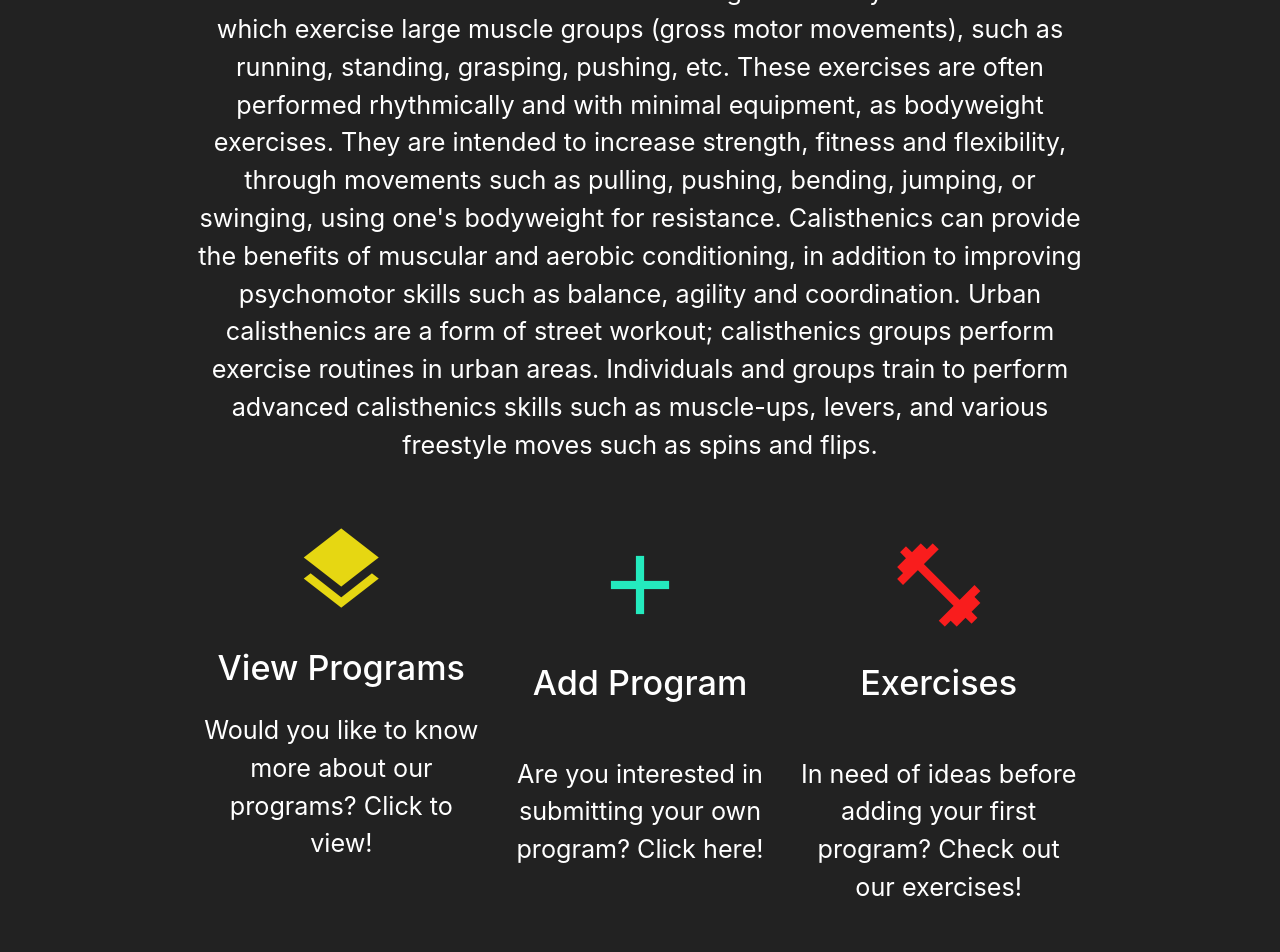
Repository: Ario124/calisthenics-project
Page: http://localhost/
The author's editor kept a record of every edit. The page is drawn from the files as they stood at one moment, then again after the next edit.
The browser window is 1280 px wide. The pictures show the part of the page from y = 940 to 1892 px (the page is 1892 px tall).
The page is served by the project's application, run on Flask 3 (app.py).

Above is the page before.

### templates/index.html
{% extends 'base.html' %} {% block content %}

<div class="video-container">
    <iframe src="///www.youtube.com/embed/FHBtLAvNGo4?start=14&end=103&controls=0&showinfo=0&rel=0&autoplay=1&loop=1&playlist=FHBtLAvNGo4&mute=1" frameborder="0" allowfullscreen></iframe>
</div>


<div class="container">
    <div class="col s12 center">
        <h1 class="center expert_title">What is Calisthenics?</h1>

        <p class="flow-text">
            Calisthenics is a form of exercise consisting of a variety of movements which exercise large muscle groups (gross motor movements), such as running, standing, grasping, pushing, etc. These exercises are often performed rhythmically and with minimal equipment,
            as bodyweight exercises.<span class="hide-on-med-and-down"> They are intended to increase strength, fitness and flexibility, through
                                    movements such as pulling, pushing, bending, jumping, or swinging, using one's bodyweight for resistance. Calisthenics can provide
                                    the benefits of muscular and aerobic conditioning, in addition to improving psychomotor skills such as balance, agility and coordination.

                                    Urban calisthenics are a form of street workout; calisthenics groups perform exercise routines in urban areas.
                                    Individuals and groups train to perform advanced calisthenics skills such as muscle-ups, levers, and various freestyle moves such as spins and flips.</span>

        </p>

        <ul class="hide-on-large-only collapsible">
            <li>
                <div class="collapsible-header"><i class="material-icons">info_outline</i>Read More</div>
                <div class="collapsible-body flow-text"><span>They are intended to increase strength, fitness and flexibility, through
                                    movements such as pulling, pushing, bending, jumping, or swinging, using one's bodyweight for resistance. Calisthenics can provide
                                    the benefits of muscular and aerobic conditioning, in addition to improving psychomotor skills such as balance, agility and coordination.

                                    Urban calisthenics are a form of street workout; calisthenics groups perform exercise routines in urban areas.
                                    Individuals and groups train to perform advanced calisthenics skills such as muscle-ups, levers, and various freestyle moves such as spins and flips.</span></div>
            </li>
        </ul>
    </div>
    <div class="center-align row">

        <div class="col s4">
            <a href="{{url_for('get_programs')}}"><i class="material-icons icon-size icon-color">layers</i></a>
            <h4><strong>View Programs</strong></h4>
            <p class="flow-text">Would you like to know more about our programs? Click to view!</p>
        </div>
        <div class="col s4">
            <div class="section">
            <a href="{{url_for('add_program')}}"> <i class="material-icons icon-size icon-color2">add</i></a>
            <h4><strong>Add Program</strong></h4></div>
            <p class="flow-text">Are you interested in submitting your own program? Click here!</p>
        </div>
        <div class="col s4">
                <div class="section">
            <a href="{{url_for('exercises')}}"> <i class="material-icons icon-size icon-exercises">fitness_center</i></a>
            <h4><strong>Exercises</strong></h4></div>
            <p class="flow-text">In need of ideas before adding your first program? Check out our exercises!</p>
        </div>

    </div>
</div>

{% endblock %}

### templates/base.html
<!DOCTYPE html>
<html lang="en">
<head>
    <meta charset="UTF-8">
    <meta name="viewport" content="width=device-width, initial-scale=1">
    <link href="https://fonts.googleapis.com/icon?family=Material+Icons" rel="stylesheet">
    <link rel="stylesheet" href="https://cdnjs.cloudflare.com/ajax/libs/materialize/1.0.0/css/materialize.min.css">
    <link rel="stylesheet" href="{{url_for('static', filename="css/main.css")}}" type="text/css" />

    <title>Calisthenics Project</title>
    <link rel="icon" href="https://d1ujqdpfgkvqfi.cloudfront.net/favicon-generator/htdocs/favicons/2019-09-19/50f3ab5b7a10e0ae0911c83435938cd6.ico.png">

</head>
<body>
    <header>

        <div class="navbar-fixed">
            <nav>
                <div class="nav-wrapper">
                    <a href="{{url_for('home')}}" class="brand-logo center"><i class="material-icons hoomee">home</i>Calisthenics</a>
                    <a href="#" data-target="mobile-demo" class="sidenav-trigger"><i class="material-icons">menu</i></a>
                    <ul class="right hide-on-med-and-down">
                        <li><a href="{{url_for('get_programs')}}">View Programs</a></li>
                        <li><a href="{{url_for('add_program')}}">Add Program</a></li>
                        <li><a href="{{url_for('exercises')}}">Exercises</a></li>
                        <li><a href="{{url_for('contact')}}">Contact Us</a></li>
                    </ul>
                </div>
            </nav>

            <ul class="sidenav" id="mobile-demo">
                <li><a class="sidenav-close" href="#!"><i class="material-icons">menu</i>Close</a></li>
                <li><a href="{{url_for('get_programs')}}">View Programs</a></li>
                <li><a href="{{url_for('add_program')}}">Add Program</a></li>
                <li><a href="{{url_for('exercises')}}">Exercises</a></li>
                <li><a href="{{url_for('contact')}}">Contact Us</a></li>
            </ul>
        </div>

    </header>
    {% block content %} {% endblock %}

    <script src="https://cdnjs.cloudflare.com/ajax/libs/jquery/3.4.1/jquery.min.js"></script>
    <script src="https://cdnjs.cloudflare.com/ajax/libs/materialize/1.0.0/js/materialize.min.js"></script>
    <script type="text/javascript">
        M.AutoInit()
    </script>

</body>

</html>

### app.py
import os
from flask import Flask, render_template, redirect, request, url_for
from flask_pymongo import PyMongo
from bson.objectid import ObjectId

app = Flask(__name__)


app.config["MONGO_DBNAME"] = 'calisthenics-project'
app.config["MONGO_URI"] = 'mongodb+srv://root:pasol005@myfirstcluster-qno2b.mongodb.net/calisthenics?retryWrites=true&w=majority'


mongo = PyMongo(app)

@app.route('/')
@app.route('/home')
def home():
    return render_template('index.html')

@app.route('/add_program')
def add_program():
    return render_template('add_program.html', categories =mongo.db.categories.find(), difficulty =mongo.db.difficulty.find())


@app.route('/categories')
def categories():
    return render_template('categories.html')

@app.route('/contact')
def contact():
    return render_template('contact.html')

@app.route('/get_programs')
def get_programs():
    return render_template('programs.html',
        training_programs=mongo.db.training_programs.find(), description =mongo.db.description.find())


@app.route('/insert_program', methods=['POST'])
def insert_program():
    training_programs = mongo.db.training_programs
    training_programs.insert_one(request.form.to_dict())
    return redirect(url_for('get_programs'))

@app.route('/edit_program/<program_id>')
def edit_program(program_id):
    _program = mongo.db.training_programs.find_one({"_id": ObjectId(program_id)})
    _categories = mongo.db.categories.find()
    _difficulty = mongo.db.difficulty.find()
    category_list = [category for category in _categories]
    difficulty_list = [difficult for difficult in _difficulty]
    return render_template('edit_program.html', program = _program, categories = category_list, difficulties = difficulty_list)


@app.route('/update_program/<program_id>', methods=['POST'])
def update_program(program_id):
    training_programs = mongo.db.training_programs
    training_programs.update({'_id': ObjectId(program_id)},
    {
        'category_name':request.form.get('category_name'),
        'difficulty_level':request.form.get('difficulty_level'),
        'program_name':request.form.get('program_name'),
        'exercise':request.form.get('exercise'),
        'exercise2':request.form.get('exercise2'),
        'exercise3':request.form.get('exercise3'),
        'sets_amount':request.form.get('sets_amount'),
        'sets_amount2':request.form.get('sets_amount2'),
        'sets_amount3':request.form.get('sets_amount3'),
        'reps_amount':request.form.get('reps_amount'),
        'reps_amount2':request.form.get('reps_amount2'),
         'reps_amount3':request.form.get('reps_amount3'),
        'equipment_required':request.form.get('equipment_required'),
        'description':request.form.get('description')
    })
    return redirect(url_for('get_programs'))

@app.route('/add_exercise')
def add_exercise():
    return render_template('add_exercise.html')


@app.route('/delete_program/<program_id>')
def delete_program(program_id):
    mongo.db.training_programs.remove({'_id': ObjectId(program_id)})
    return redirect(url_for('get_programs'))


@app.route('/exercises')
def exercises():
    return render_template('exercises.html')

if __name__ == '__main__':
    app.run(host=os.environ.get('IP'),
            port=int(os.environ.get('PORT')),
            debug=True)

### static/css/main.css
nav {
    background-color: #317a90f7;

}

.brand-logo {
    font-size: 40px;
}

.video-container iframe, .video-container object, .video-container embed {
    position: absolute;
    top: 0;
    left: 0;
    width: 100%;
    height: 100%;

}


.circle {
    width: 36%;
}

.video-container {
    bottom: 65px;
    z-index: -4;
}

.collapsible-header {
background-color: transparent;
}

.icon-size {
    font-size: 100px;
    margin-top:30px;
}

.contoo {
    background-color: #212525e8;
    color: orange;
}

.program-header {
    margin-top: 5px;
}

.colored-title {
    color: #e85a13;
}

.icon-color {
    color: #e6d712;
}

.icon-color2 {
    color: #24eabe;
}

.btn-colored {
    background-color: #71c4d8e0;
}

.btn-colored:hover {
    background-color: #3196af;
}

.img-test {
    background-image: url("/static/images/Pushups.jpg");
}

.icon-exercises {
    font-size: 100px;
    margin-top:30px;
    color: #f91d1d;
}

.expert_title {
    margin-bottom: 30px;
    margin-top: 30px;
}
body {
    background-color: #222;
    color: white;
}

nav .brand-logo i, .hoomee {
    font-size: 40px;
}

.select-dropdown {
    color: white;
}

.select-dropdown li.disabled>span {
    color: white;
}

.select-dropdown:focus {
    color:white;
}

input {
    color:white;


}

.container {
    color:white;
}

textarea.materialize-textarea {
    color:white;
}

.dropdown-content {
    background-color: #313131;
}

.dropdown-content li>span {
    color:white;
}

.select-wrapper .caret {
    fill:white
}

.sidenav-overlay {
    opacity: 0 !important;
    position: relative;
}


/* MEDIA QUERIES */



@media all and (min-width: 480px) and (max-width: 768px) {
    nav {
        background-color: #d0501ef7;
    }
            .flow-text {
        font-size: 2.1rem;
    }
}

@media all and (min-width: 768px) and (max-width: 1024px) {

    nav {
        background-color: #d01e1ef7;
    }

        .flow-text {
        font-size: 2.1rem;
    }

}

After the next edit:
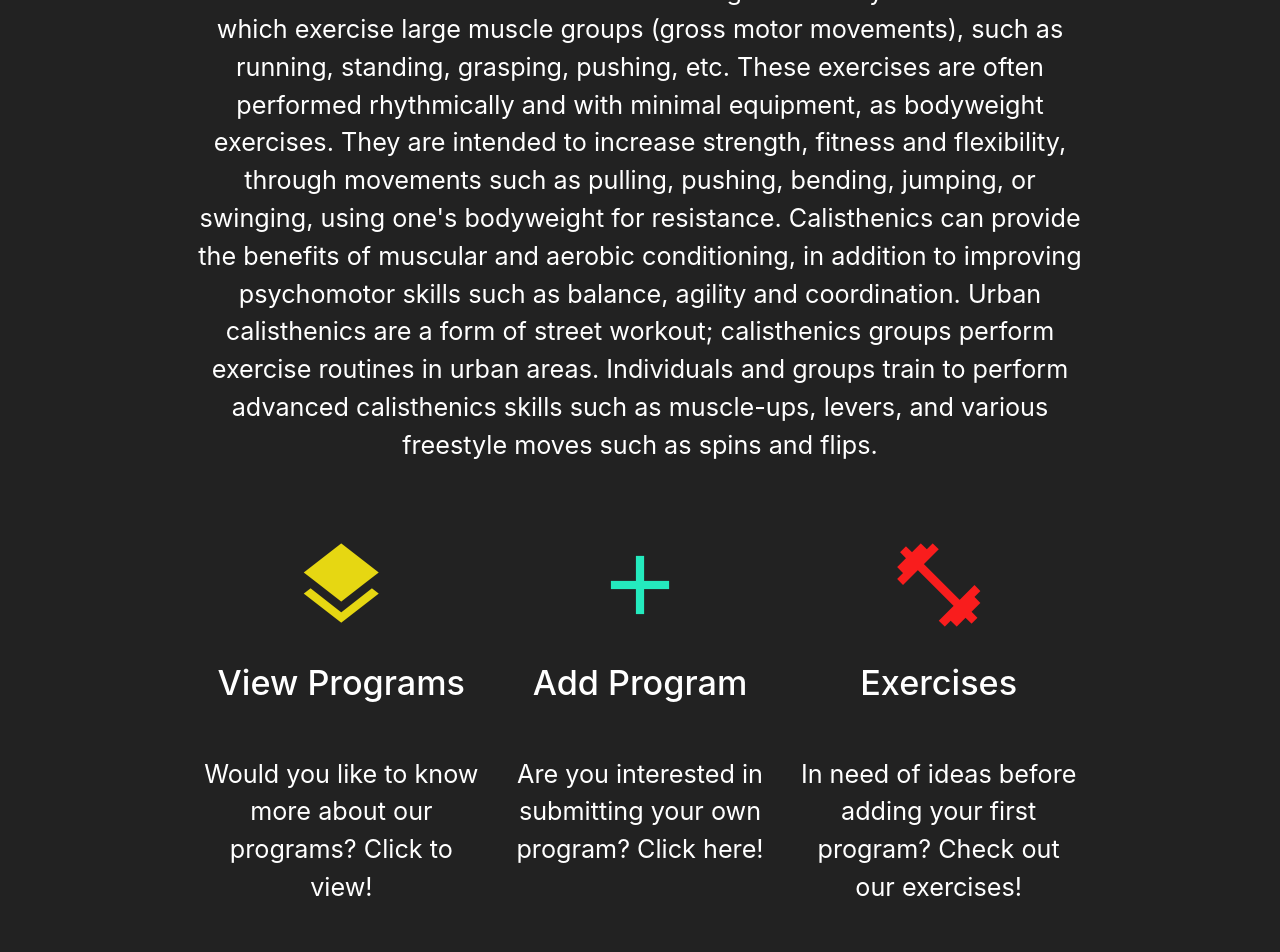
The edit:
--- a/templates/index.html
+++ b/templates/index.html
@@ -35,8 +35,9 @@
     <div class="center-align row">
 
         <div class="col s4">
+            <div class="section">
             <a href="{{url_for('get_programs')}}"><i class="material-icons icon-size icon-color">layers</i></a>
-            <h4><strong>View Programs</strong></h4>
+            <h4><strong>View Programs</strong></h4></div>
             <p class="flow-text">Would you like to know more about our programs? Click to view!</p>
         </div>
         <div class="col s4">
